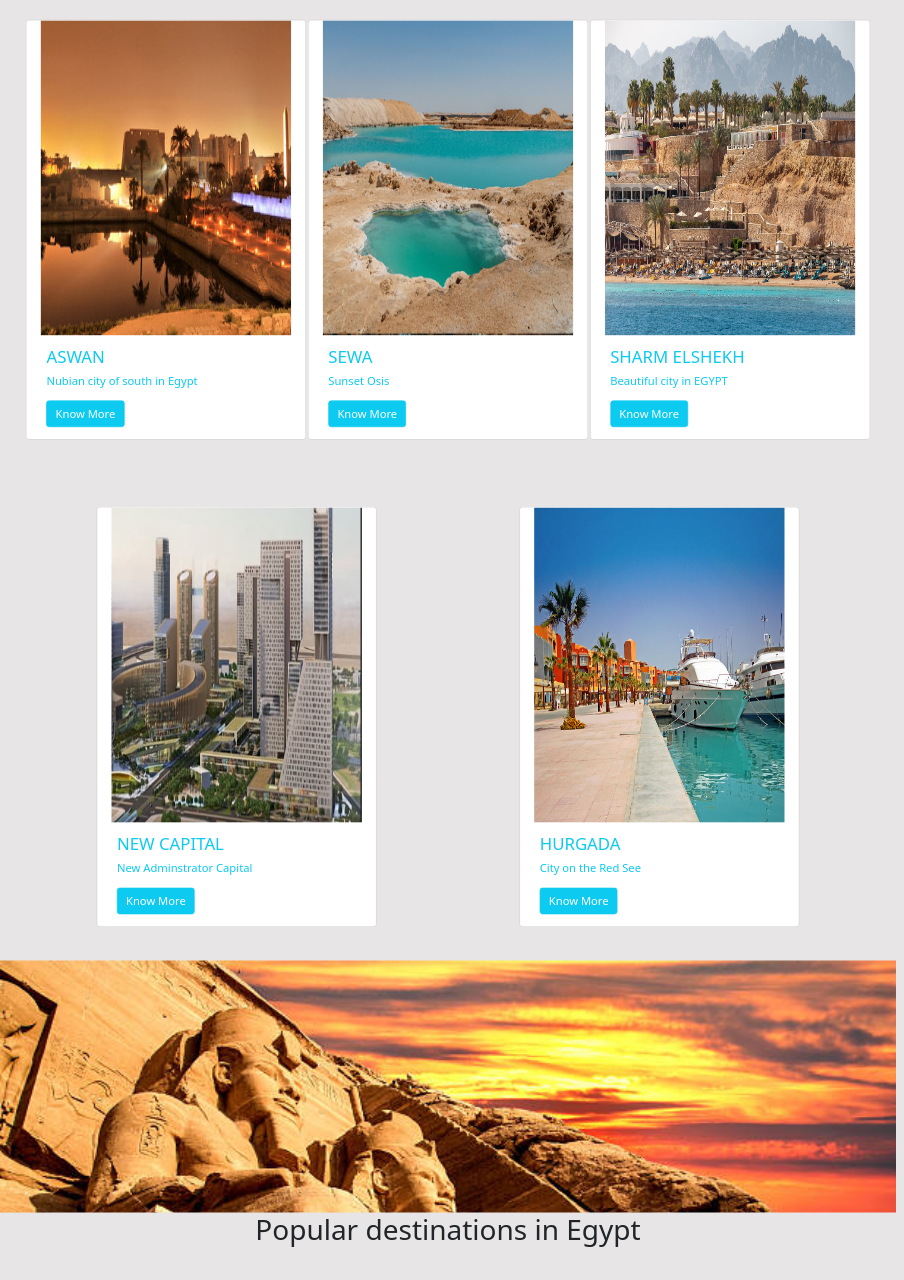
Repository: Ahmed123rezk123/P-temp
Page: index.html
An editor plug-in stored every save of this project. The page is shown before and after a run of saves, followed by the edit.
The browser window is 1280 px wide. The page is 1292 px wide, so the pictures cover 1292 px, including what lies to the right of the window. The pictures show the part of the page from y = 4313 to 6193 px (the page is 6141 px tall before and 6193 px after), at 70% of full size.
Backgrounds fixed to the window are drawn as part of the page.

Above is the page before, as saved 2024-02-18 11:50:53.

After the next 3 saves:
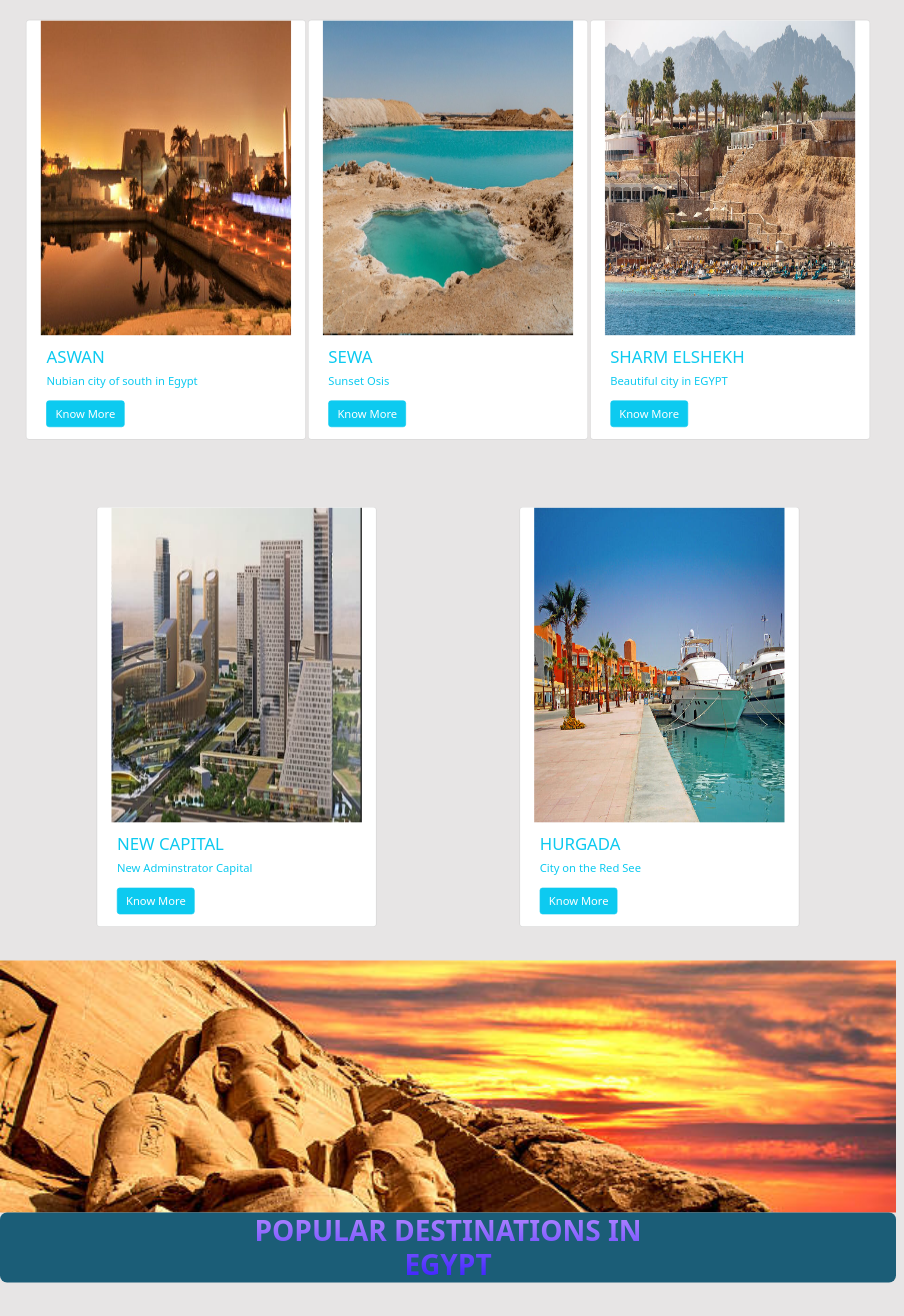
The 3 saves are shown as one change because they came seconds apart.
The last was saved 27 s later.
--- a/CSS/style.css
+++ b/CSS/style.css
@@ -324,13 +324,13 @@ background: -webkit-linear-gradient( #b387ff , rgb(57, 31, 255));
 }
 
 /* Start section 15 */
-.section12 {
-  height: 100px;
-  background-color: rgb(27, 93, 119);
-  position: relative;
-  border-radius: 10px;
-}
-.section12 h1 {
+.section15 {
+  height: 100px;
+  background-color: rgb(27, 93, 119);
+  position: relative;
+  border-radius: 10px;
+}
+.section15 h1 {
 position: absolute;
 top: 50%;
 left: 50%;
@@ -342,4 +342,4 @@ background: -webkit-linear-gradient( #b387ff , rgb(57, 31, 255));
 -webkit-background-clip: text;
 -webkit-text-fill-color: transparent;
 }
-/* End section 12 */
+/* End section 15 */
